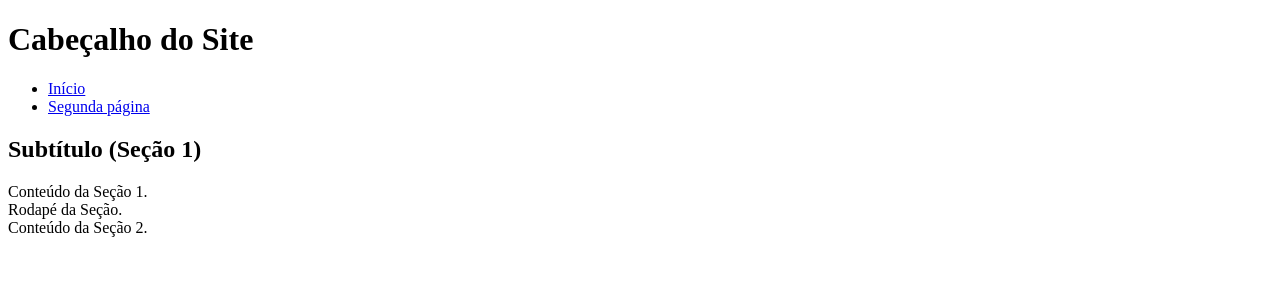
Repository: rrresck/pos_graduacao
Page: index.html
An editor plug-in stored every save of this project. The page is shown before and after the next save, followed by the edit.
The browser window is 1280 px wide. The pictures show the whole page.

Above is the page before, as saved 2023-05-04 10:55:22.

### index.html
<!DOCTYPE html>
<html lang="pt-BR">
<head>
    <meta charset="UTF-8">
    <meta http-equiv="X-UA-Compatible" content="IE=edge">
    <meta name="viewport" content="width=device-width, initial-scale=1.0">
    <meta name="author" content="Rafael Rodrigues Resck">
    <meta name="description" content="Template inicial do HTML.">
    <title>Tema 5 - Bloco 1</title>
</head>
<body>
    <header>
        <h1>Cabeçalho do Site</h1>
    </header>
    <nav>
        <ul>
            <li><a href="index.html">Início</a></li>
            <li><a href="#">Segunda página</a></li>
        </ul>
    </nav>
    <div>
        <section id="secao1">
            <header>
                <h2>Subtítulo (Seção 1)</h2>
            </header>
            <article>
                Conteúdo da Seção 1.
            </article>
            <footer>
                Rodapé da Seção.
            </footer>
            <aside id="secao2">
                Conteúdo da Seção 2.
            </aside>
        </section>
    </div>

</body>
</html>

After the next save:
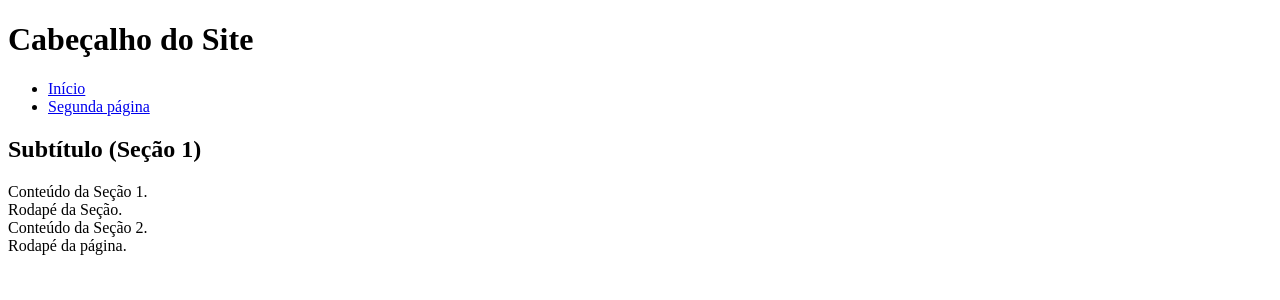
Saved 26 s later.
--- a/index.html
+++ b/index.html
@@ -34,6 +34,8 @@
             </aside>
         </section>
     </div>
-
+    <footer>
+        Rodapé da página.
+    </footer>
 </body>
 </html>
